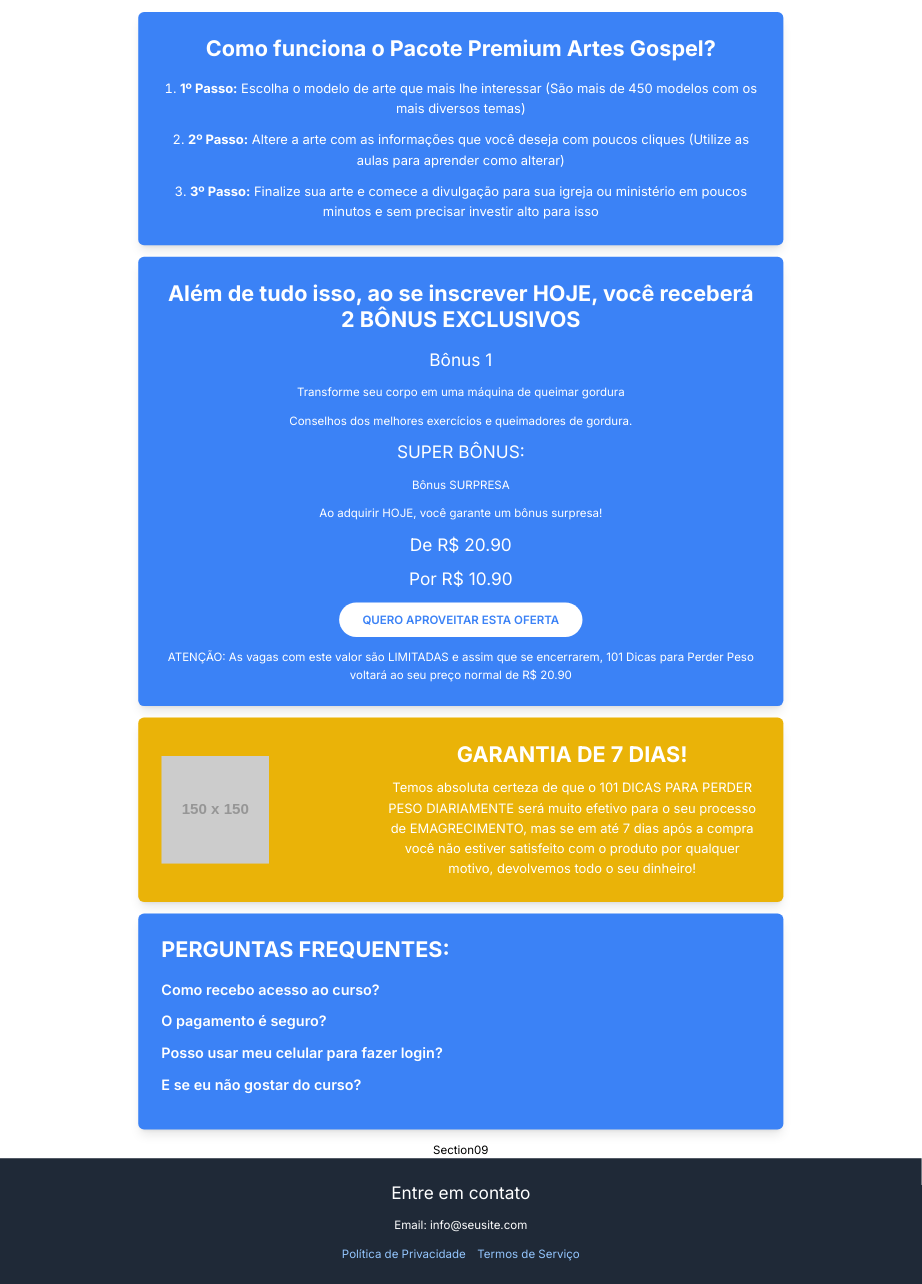
Repository: apreczewski/produtosdigitais
Page: /
An editor plug-in stored every save of this project. The page is shown before and after the next save, followed by the edit.
The browser window is 1280 px wide. The pictures show the part of the page from y = 1884 to 3668 px (the page is 3668 px tall), at 72% of full size.
The project was rebuilt for these pictures with package versions that can differ from the ones it lists, and the page was loaded fresh each time. The framework's server and built-in components were replaced by stand-ins that run in the browser. Also part of the build but not shown: next.config.js, webpack.config.js.

Above is the page before, as saved 2023-07-27 18:36:53.

### src/app/layout.tsx
import './globals.css'

import { Inter } from 'next/font/google'

const inter = Inter({ subsets: ['latin'] })

export const metadata = {
  title: 'Create Next App',
  description: 'Generated by create next app',
}

export default function RootLayout({
  children,
}: {
  children: React.ReactNode
}) {
  return (
    <html lang="en">
      <body className={inter.className}>
        {children}
      </body>
    </html>
  )
}

### src/app/page.tsx
import { ReceitasFitness } from "@/app/receitasfitness";

export default function Home() {
  return <ReceitasFitness />
}

### src/app/globals.css
@tailwind base;
@tailwind components;
@tailwind utilities;

:root {
  --foreground-rgb: 0, 0, 0;
  --background-start-rgb: #9DCAB4
  --background-end-rgb: #9DCAB4
}

@media (prefers-color-scheme: dark) {
  :root {
    --foreground-rgb: 255, 255, 255;
    --background-start-rgb: #9DCAB4
    --background-end-rgb: #9DCAB4
  }
}

body {
  color: rgb(var(--foreground-rgb));
  background: linear-gradient(
      to bottom,
      transparent,
      rgb(var(--background-end-rgb))
    )
    rgb(var(--background-start-rgb));
}

main {
  margin: 0 12rem;
}

 /* Estilizando a barra de rolagem */
 ::-webkit-scrollbar {
  width: 5px;
}

/* Estilizando o "thumb" ou a parte móvel da barra de rolagem */
::-webkit-scrollbar-thumb {
  background: #888;
  border-radius: 2px;
}

/* Adicionando hover ao "thumb" */
::-webkit-scrollbar-thumb:hover {
  background: #555;
}

### src/app/receitasfitness/index.tsx
import Head from 'next/head'
import { Header } from '@components/Header'
import { Footer } from '@components/Footer'
import { Section01 } from '@/app/receitasfitness/Section01'
import { Section02 } from '@/app/receitasfitness/Section02'
import { Section03 } from '@/app/receitasfitness/Section03'
import { Section04 } from '@/app/receitasfitness/Section04'
import { Section05 } from '@/app/receitasfitness/Section05'
import { Section06 } from '@/app/receitasfitness/Section06'
import { Section07 } from '@/app/receitasfitness/Section07'
import { Section08 } from '@/app/receitasfitness/Section08'
import { Section09 } from '@/app/receitasfitness/Section09'


export const ReceitasFitness = () => {
  return (
    <div className="flex flex-col items-center justify-center min-h-screen">
      {/* <Header /> */}
      <main className="grid gap-4 flex-col items-center justify-center flex-1 text-center mt-16">
        <Section01 />
        <Section02 />
        <Section03 />
        <Section04 />
        <Section05 />
        <Section06 />
        <Section07 />
        <Section08 />
        <Section09 />
      </main>
      <Footer />
    </div>
  )
}

### src/app/components/Footer/index.tsx
import React from "react";

export const Footer = () => {
  return (
    <div className="bg-gray-800 text-white py-8 w-full">
      <div className="container mx-auto px-4 text-center">
        <h2 className="text-2xl mb-4">Entre em contato</h2>
        <p className="mb-4">Email: info@seusite.com</p>
        <div className="flex justify-center space-x-4">
          <a
            href="/privacy-policy"
            className="text-blue-300 hover:text-blue-100"
          >
            Política de Privacidade
          </a>
          <a
            href="/terms-of-service"
            className="text-blue-300 hover:text-blue-100"
          >
            Termos de Serviço
          </a>
        </div>
      </div>
    </div>
  );
};

### src/app/receitasfitness/Section01/index.tsx
export const Section01 = () => {
  return (
    <div className="text-center rounded">
      <h1 className="text-4xl font-bold mb-4  text-gray-700">
        Descubra o Sabor da Saúde com FitFlavors
      </h1>
      <p className="text-xl text-gray-700">
        Receitas fitness deliciosas e fáceis de preparar para ajudá-lo a atingir
        seus objetivos de saúde e bem-estar.
      </p>
    </div>
  );
};

### src/app/receitasfitness/Section02/index.tsx
import Image from 'next/image';
import banner from '@assets/images/section02.png'

export const Section02 = () => {
  return (
    <div className="flex rounded justify-center items-center w-full">
      <div className="w-full rounded">
        <Image
          className="w-screen rounded"
          src={banner}
          alt="Transformação surpreendente com FitFlavors! Veja o progresso real alcançado com nossas receitas fitness." // Substitua isso por uma descrição da imagem
          layout="responsive"
          width={500}
          height={300}
        />
      </div>
    </div>
  );
}

### src/app/receitasfitness/Section03/index.tsx
import React from "react";
import { CheckBadgeIcon } from "@heroicons/react/24/solid";



export const Section03 = () => {
  const features = [
    {
      icon: CheckBadgeIcon,
      text: "Homens",
    },
    {
      icon: CheckBadgeIcon,
      text: "mulher",
    },
    {
      icon: CheckBadgeIcon,
      text: "Para quem não quer gastar com nutricionista",
    },
    {
      icon: CheckBadgeIcon,
      text: "Para quem não pode continuar com o personal training",
    },

    ,
    ,

  ]

  return (
    <div className="p-4 bg-white shadow rounded w-full">
      <h2 className="text-2xl text-neutral-900 font-bold mb-2">
        As 101 dicas para perder peso diariamente e para:
      </h2>
      <ul className="list-disc pl-5 justify-start ">
        {features.map((item, index) => (
          <li key={index} className="mb-2 flex justify-start items-center text-gray-700 text-xl text-left">
            <CheckBadgeIcon className="h-10 w-10 mr-2 text-blue-500" /> {item?.text}
          </li>
        ))}
      </ul>
    </div>
  );
};

### src/app/receitasfitness/Section04/index.tsx
"use client";

import React, { useEffect, useState } from "react";
import Image from "next/image";
import { Dot, Dots } from "./styles";
// import ImageTest from './image.svg';

export const Section04 = () => {
  const images = [
    "https://images.pexels.com/photos/414612/pexels-photo-414612.jpeg",
    "https://images.pexels.com/photos/459225/pexels-photo-459225.jpeg",
    "https://images.pexels.com/photos/459225/pexels-photo-459225.jpeg",
    "https://images.pexels.com/photos/459225/pexels-photo-459225.jpeg",
  ];

  const [currentImageIndex, setCurrentImageIndex] = useState(0);

  const prev = () => {
    setCurrentImageIndex(
      (currentImageIndex - 1 + images.length) % images.length
    );
  };
  const next = () => {
    setCurrentImageIndex((currentImageIndex + 1) % images.length);
  };

  useEffect(() => {
    const interval = setInterval(() => {
      setCurrentImageIndex((currentImageIndex + 1) % images.length);
    }, 2000);

    return () => clearInterval(interval);
  }, [currentImageIndex, images.length]);

  return (
    <div className="relative w-full h-[500px] rounded overflow-hidden">
      <Image
        className="object-cover"
        src={images[currentImageIndex]}
        layout="fill"
        objectFit="cover"
        alt=""
      />
      <Dots>
        {images.map((index) => {
          return <Dot key={index}/>
        })}
      </Dots>
      {/* <ImageTest /> */}
    </div>
  );
};

### src/app/receitasfitness/Section05/index.tsx
import React from "react";

export const Section05 = () => {
  return (
    <div className="bg-blue-500 text-white p-8 rounded-lg shadow-lg">
      <h2 className="text-3xl font-bold mb-6">
        Como funciona o Pacote Premium Artes Gospel?
      </h2>
      <ol className="list-decimal list-inside space-y-4 text-lg">
        <li>
          <strong className="text-white">1º Passo:</strong> Escolha o modelo de
          arte que mais lhe interessar (São mais de 450 modelos com os mais
          diversos temas)
        </li>
        <li>
          <strong className="text-white">2º Passo:</strong> Altere a arte com as
          informações que você deseja com poucos cliques (Utilize as aulas para
          aprender como alterar)
        </li>
        <li>
          <strong className="text-white">3º Passo:</strong> Finalize sua arte e
          comece a divulgação para sua igreja ou ministério em poucos minutos e
          sem precisar investir alto para isso
        </li>
      </ol>
    </div>
  );
};

### src/app/receitasfitness/Section06/index.tsx
import React from "react";

export const Section06 = () => {
  return (
    <div className="bg-blue-500 text-white p-8 rounded-lg shadow-lg">
      <h2 className="text-3xl font-bold mb-6">
        Além de tudo isso, ao se inscrever HOJE, você receberá 2 BÔNUS
        EXCLUSIVOS
      </h2>
      <h3 className="text-2xl mb-4">Bônus 1</h3>
      <p className="mb-4">
        Transforme seu corpo em uma máquina de queimar gordura
      </p>
      <p className="mb-4">
        Conselhos dos melhores exercícios e queimadores de gordura.
      </p>
      <h3 className="text-2xl mb-4">SUPER BÔNUS:</h3>
      <p className="mb-4">Bônus SURPRESA</p>
      <p className="mb-4">Ao adquirir HOJE, você garante um bônus surpresa!</p>
      <p className="text-2xl mb-4">De R$ 20.90</p>
      <p className="text-2xl mb-4">Por R$ 10.90</p>
      <button className="bg-white text-blue-500 px-8 py-3 rounded-full font-semibold transition duration-200 ease-in-out transform hover:scale-105">
        QUERO APROVEITAR ESTA OFERTA
      </button>
      <p className="mt-4">
        ATENÇÃO: As vagas com este valor são LIMITADAS e assim que se
        encerrarem, 101 Dicas para Perder Peso voltará ao seu preço normal de R$
        20.90
      </p>
    </div>
  );
};

### src/app/receitasfitness/Section07/index.tsx
import React from "react";
import Image from "next/image";

export const Section07 = () => {
  return (
    <div className="flex items-center bg-yellow-500 text-white p-8 rounded-lg shadow-lg">
      <div className="w-1/3">
        <Image
          src="https://via.placeholder.com/150"
          alt="Garantia"
          width={150}
          height={150}
        />
      </div>
      <div className="w-2/3 pl-8">
        <h2 className="text-3xl font-bold mb-4">GARANTIA DE 7 DIAS!</h2>
        <p className="text-lg">
          Temos absoluta certeza de que o 101 DICAS PARA PERDER PESO DIARIAMENTE
          será muito efetivo para o seu processo de EMAGRECIMENTO, mas se em até
          7 dias após a compra você não estiver satisfeito com o produto por
          qualquer motivo, devolvemos todo o seu dinheiro!
        </p>
      </div>
    </div>
  );
};

### src/app/receitasfitness/Section08/index.tsx
"use client"

import React, { useState } from "react";

export const Section08 = () => {
  const [activeIndex, setActiveIndex] = useState(-1);

  const questions = [
    {
      question: 'Como recebo acesso ao curso?',
      answer: 'Assim que você efetuar o pagamento, receberá um nome de usuário e senha em seu e-mail para acessar a plataforma. Aproveite seu processo de aprendizado e aproveite ao máximo.',
    },
    {
      question: 'O pagamento é seguro?',
      answer: 'O pagamento é feito 100% de forma segura através da Hotmart, a maior e mais segura plataforma de venda de produtos digitais para falantes de espanhol. Eu só pago se você fizer diretamente a eles.',
    },
    {
      question: 'Posso usar meu celular para fazer login?',
      answer: 'Sim! Você pode acessar quantas vezes quiser simplesmente usando seu celular, sem a necessidade de um computador.',
    },
    {
      question: 'E se eu não gostar do curso?',
      answer: 'Você tem uma garantia incondicional de 7 dias! Se, após a compra do curso, dentro de 7 dias você descobrir que não é para você, basta nos enviar um e-mail e nós reembolsaremos todo o seu investimento.',
    },
  ];

  return (
    <div className="bg-blue-500 text-white p-8 rounded-lg shadow-lg text-left">
      <h2 className="text-3xl font-bold mb-6">PERGUNTAS FREQUENTES:</h2>
      {questions.map((item, index) => (
        <div key={index} className="mb-4">
          <button
            onClick={() => setActiveIndex(activeIndex === index ? -1 : index)}
            className="text-xl font-semibold"
          >
            {item.question}
          </button>
          {activeIndex === index && <p className="mt-2">{item.answer}</p>}
        </div>
      ))}
    </div>
  );
};

### src/app/receitasfitness/Section09/index.tsx
import React from "react";

export const Section09 = () => {

  return (
    <h1>Section09</h1>
  );
};

### src/app/receitasfitness/Section04/styles.ts
import styled from 'styled-components';

export const Dots = styled.div`
  position: absolute;
  display: flex;
  width: 100%;
  align-items: center;
  justify-content: center;
  bottom: 3rem;
  z-index: 5;
`;

export const Dot = styled.span`
  width: 1rem;
  height: 1rem;
  border-radius: 50%;
  background-color: #999;

  & + span {
    margin-left: 0.25rem;
  }


`;

Loaded but not shown: tailwind.config.js (common file)

After the next save:
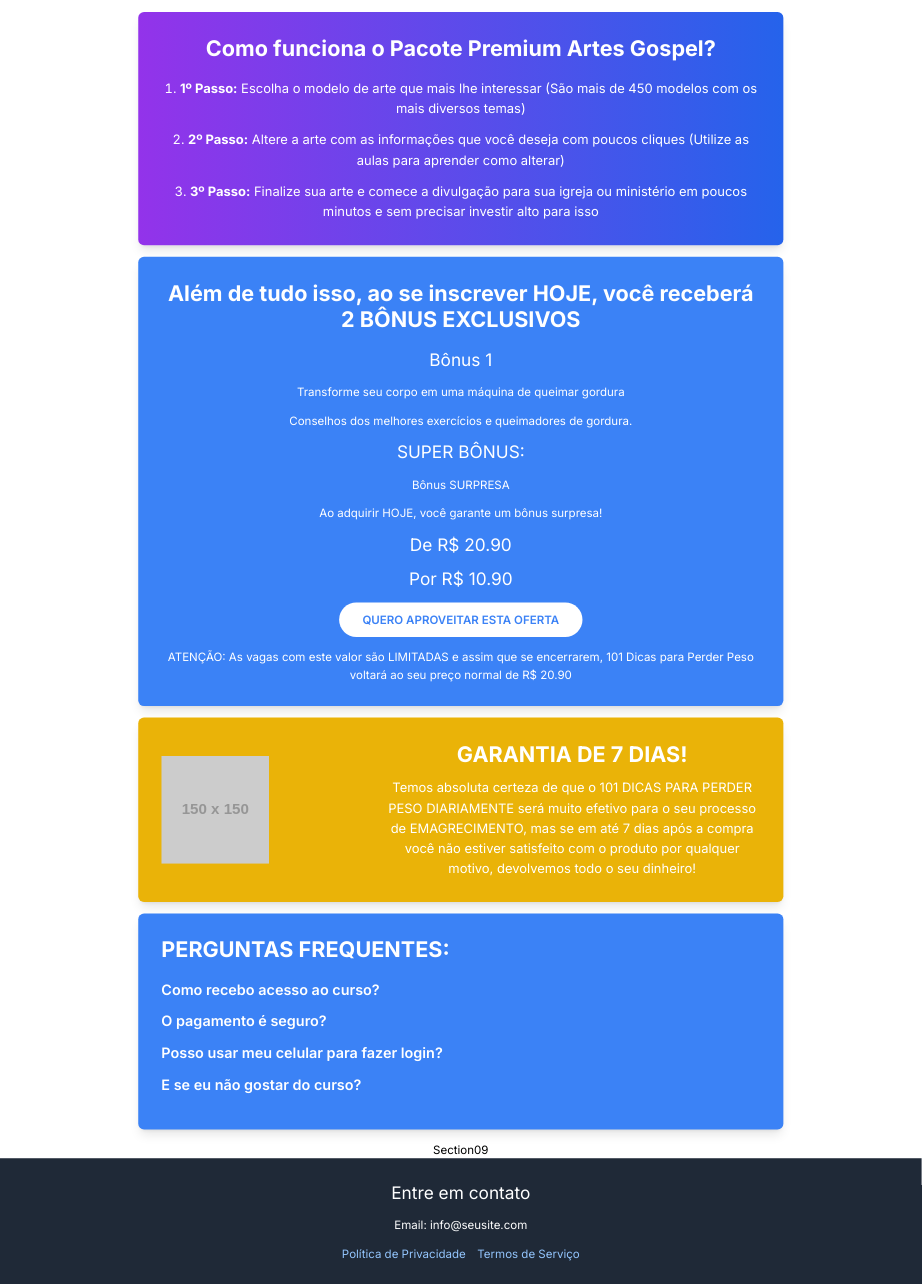
Saved 23 s later.
--- a/src/app/receitasfitness/Section05/index.tsx
+++ b/src/app/receitasfitness/Section05/index.tsx
@@ -2,7 +2,7 @@
 
 export const Section05 = () => {
   return (
-    <div className="bg-blue-500 text-white p-8 rounded-lg shadow-lg">
+    <div className="bg-gradient-to-r from-purple-600 to-blue-600 text-white p-8 rounded-lg shadow-lg">
       <h2 className="text-3xl font-bold mb-6">
         Como funciona o Pacote Premium Artes Gospel?
       </h2>
